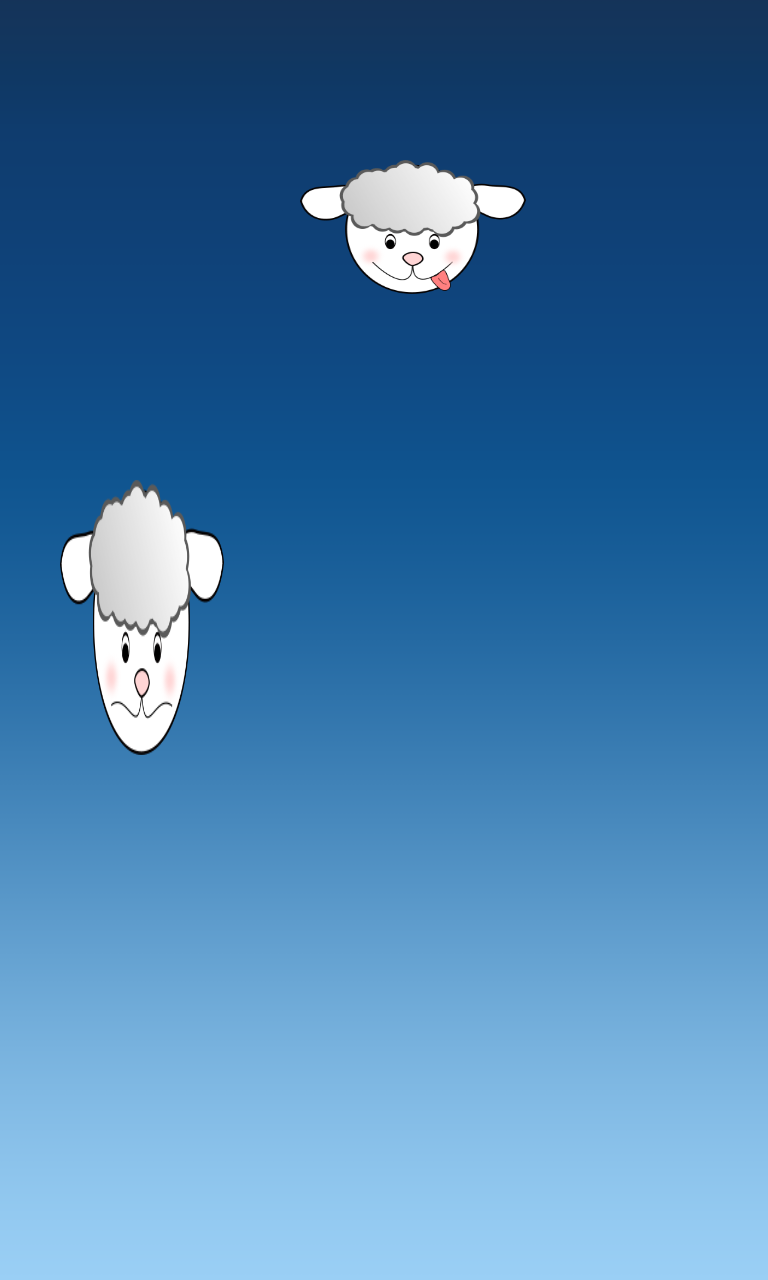
Repository: exilonX/CodeWarsFelula
Layout: Baa/res/layout/end_game1.xml
The author's editor kept a copy of each file at every save. The layout is drawn from the files as they stood at one save, then again after the next save.
It is drawn on a 768 x 1280 px phone screen (xhdpi) without system bars, with theme AppTheme; the app's code is not run.

Above is the layout before, as saved 2014-02-22 17:43:45.

After the next save:
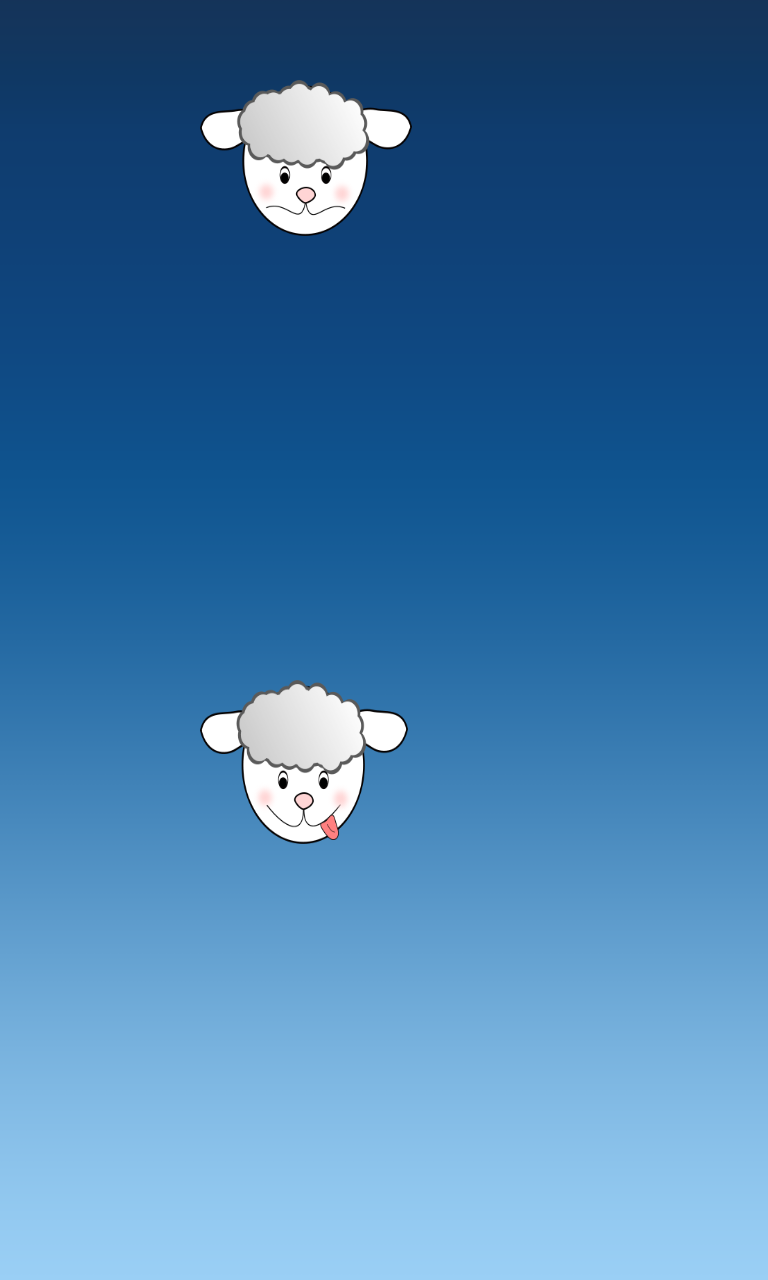
Saved 13 s later.
--- a/Baa/res/layout/end_game1.xml
+++ b/Baa/res/layout/end_game1.xml
@@ -7,25 +7,22 @@
 
     <Button
         android:id="@+id/player1"
-        android:layout_width="113dp"
-        android:layout_height="67dp"
+        android:layout_width="106dp"
+        android:layout_height="78dp"
         android:layout_marginBottom="90dp"
-        android:layout_marginLeft="150dp"
-        android:layout_marginRight="0dp"
-        android:background="@drawable/happy"
-        android:layout_marginTop="80dp"
-        />
+        android:layout_marginLeft="100dp"
+        android:layout_marginRight="40dp"
+        android:layout_marginTop="40dp"
+        android:background="@drawable/sad" />
 
     <Button
         android:id="@+id/player2"
-        android:layout_width="82dp"
-        android:layout_height="wrap_content"
+        android:layout_width="104dp"
+        android:layout_height="82dp"
         android:layout_marginBottom="0dp"
-        android:layout_marginLeft="30dp"
-        android:layout_marginRight="120dp"
-        android:background="@drawable/sad"
-        android:layout_marginTop="240dp"
-        />
-
+        android:layout_marginLeft="100dp"
+        android:layout_marginRight="40dp"
+        android:layout_marginTop="340dp"
+        android:background="@drawable/happy" />
 
 </FrameLayout>
